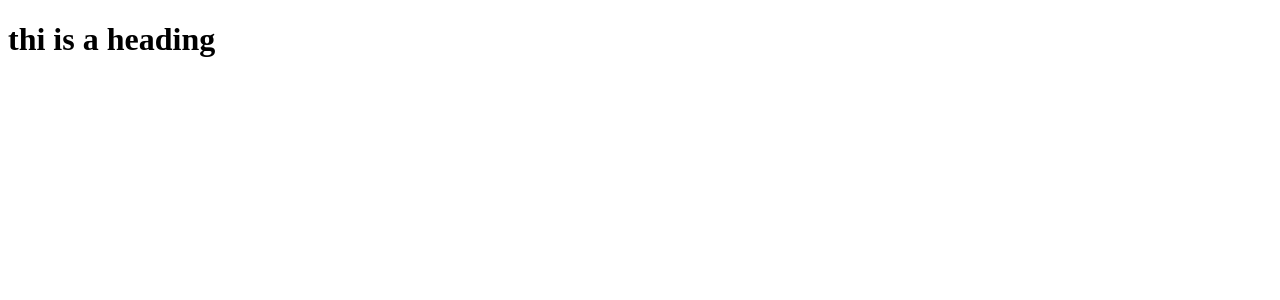
Repository: Kalyan7804/javaproject
Page: http://localhost/prac02/input.jsp
These files come from the project's save history. The page is drawn as it stood at one moment and after the next save; the edit follows.
The browser window is 1280 px wide. The pictures show the whole page.
The page is served by Tomcat 9.

Above is the page before, as saved 2022-06-26 16:47:55.

After the next save:
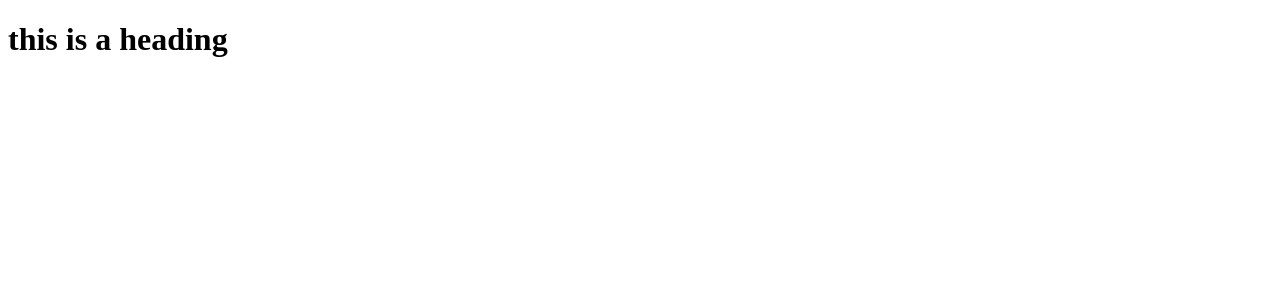
Saved 29 s later.
--- a/prac02/src/main/webapp/input.jsp
+++ b/prac02/src/main/webapp/input.jsp
@@ -9,7 +9,7 @@
 <body>
 
 	<form>
-		<h1>thi is a heading</h1>
+		<h1>this is a heading</h1>
 	</form>
 
 </body>
